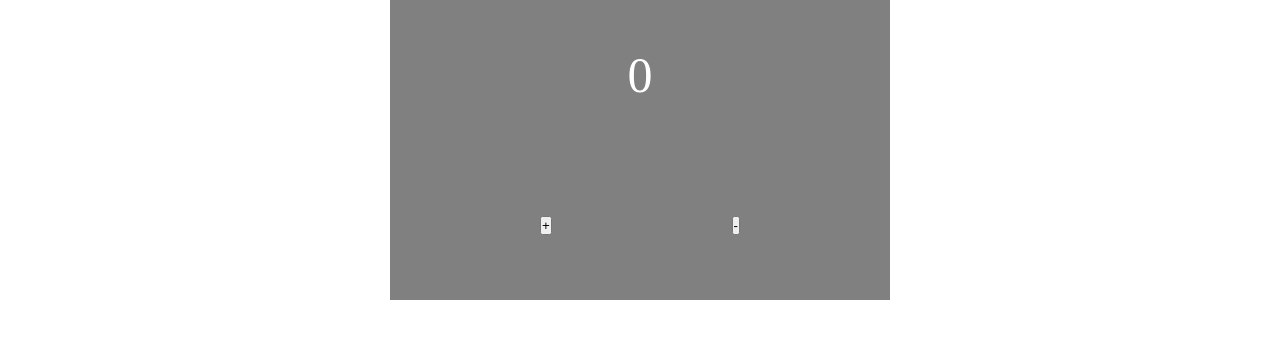
Repository: ls02/VSCode
Page: Java/2022/7-21-1/Test1.html
An editor plug-in stored every save of this project. The page is shown before and after the next save, followed by the edit.
The browser window is 1280 px wide. The pictures show the whole page.

Above is the page before, as saved 2022-07-21 15:56:44.

After the next save:
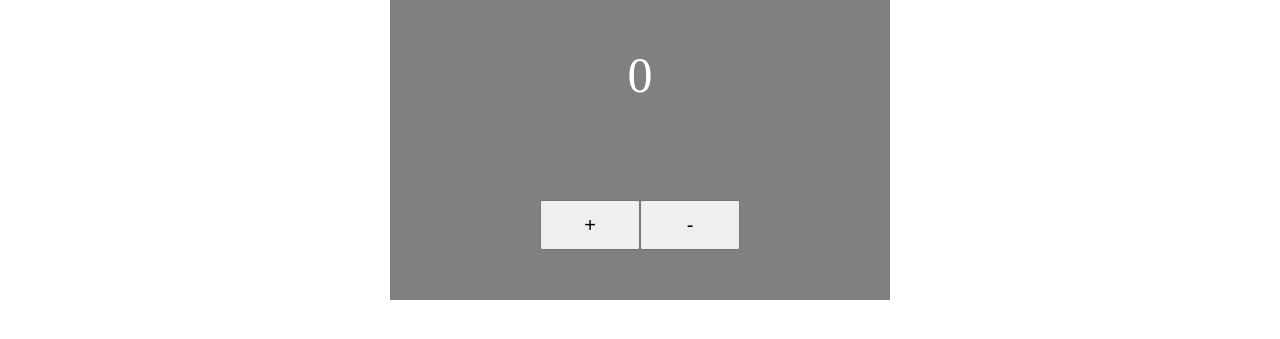
Saved 62 s later.
--- a/Java/2022/7-21-1/Test1.html
+++ b/Java/2022/7-21-1/Test1.html
@@ -2,7 +2,7 @@
  * @Author: ls02 <2877455773@qq.com>
  * @Date: 2022-07-21 15:01:18
  * @LastEditors: ls02 <2877455773@qq.com>
- * @LastEditTime: 2022-07-21 15:56:04
+ * @LastEditTime: 2022-07-21 15:57:45
  * @FilePath: \Java\2022\7-21-1\Test1.html
  * @Description:
  *
@@ -49,6 +49,14 @@
             justify-content: space-between;
             align-items: center;
         }
+
+        .parent .ctrl button{
+            width: 100px;
+            height: 50px;
+            font-size: 20px;
+            line-height: 20px;
+            text-align: center;
+        }
     </style>
 </head>
 <body>
